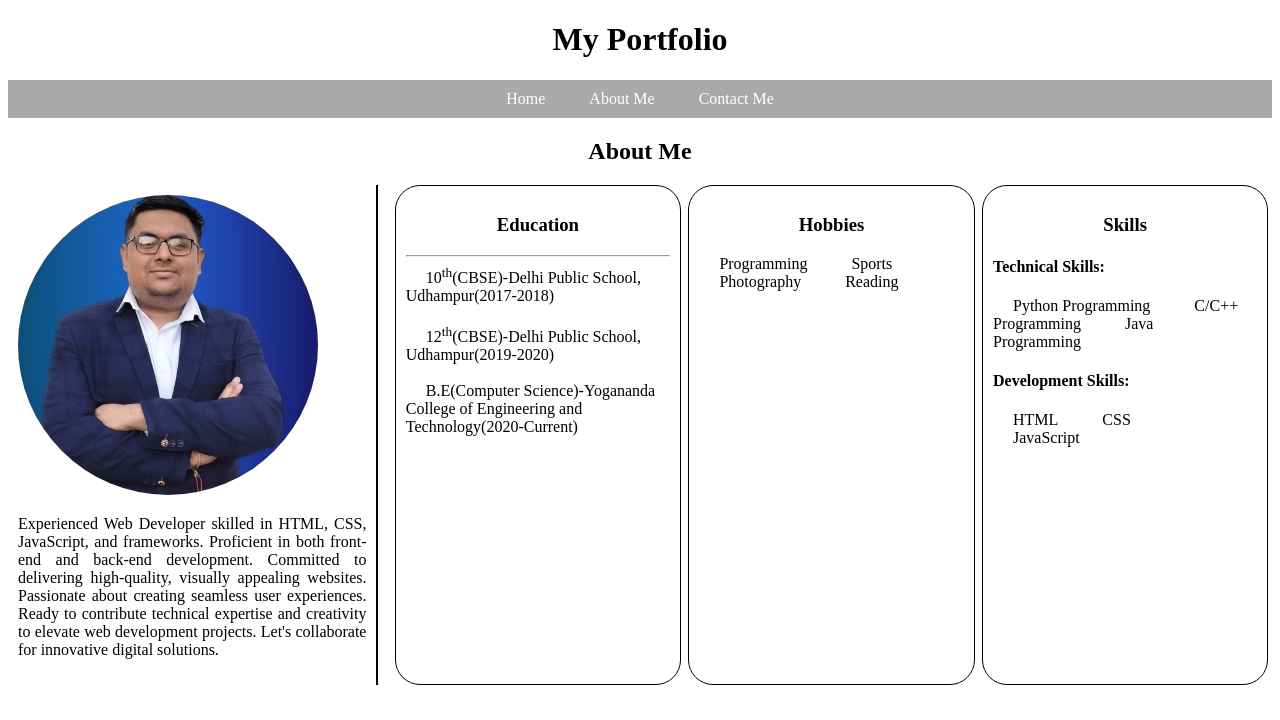
Repository: harshitanthal1/my_portfolio
Page: aboutme.html
The author's editor kept a copy of each file at every save. The page is drawn from the files as they stood at one save, then again after the next save.
The browser window is 1280 px wide. The pictures show the whole page.

Above is the page before, as saved 2024-02-04 10:21:30.

### aboutme.html
<!DOCTYPE html>
<html lang="en">
<head>
    <meta charset="UTF-8">
    <meta name="viewport" content="width=device-width, initial-scale=1.0">
    <title>My Portfolio</title>
    <link rel="stylesheet" href="styles/styles.css" />
</head>
<body>
    <header><h1>My Portfolio</h1></header>
    <nav>
        <li><a href="index.html" target="_blank">Home</a></li>
        <li><a href="aboutme.html" target="_blank" >About Me</a></li>
        <li><a href="contactme.html" target="_blank" >Contact Me</a></li>
    </nav>
    <h2>About Me</h2>
    <main>
    <div id="profile">
        <img src="images/my_pic.jpg" width="300px" alt="Avatar" />
        <p>
            Experienced Web Developer skilled in HTML, CSS, JavaScript, and frameworks. Proficient in both front-end and back-end development. Committed to delivering high-quality, visually appealing websites. Passionate about creating seamless user experiences. Ready to contribute technical expertise and creativity to elevate web development projects. Let's collaborate for innovative digital solutions.
        </p>
        </div>
    <div id="info">
        <div class="sub-box">
            <h3>Education</h3>
            <hr />
            <li>10<sup>th</sup>(CBSE)-Delhi Public School, Udhampur(2017-2018)</li>
            <br/>
            <br/>
            <li>12<sup>th</sup>(CBSE)-Delhi Public School, Udhampur(2019-2020)</li>
            <br />
            <br/>
            <li>B.E(Computer Science)-Yogananda College of Engineering and Technology(2020-Current)</li>
        </div>
        <div class="sub-box">
            <h3>Hobbies</h3>
            <li>Programming</li>
            <li>Sports</li>
            <li>Photography</li>
            <li>Reading</li>
        </div>
        <div class="sub-box">
            <h3>Skills</h3>
            <h4>Technical Skills:</h4>
            <li>Python Programming</li>
            <li>C/C++ Programming</li>
            <li>Java Programming</li>
            <h4>Development Skills:</h4>
            <li>HTML</li>
            <li>CSS</li>
            <li>JavaScript</li>
        </div>
    </div>
    </main>
</body>
</html>

### styles/styles.css
header {
    text-align: center;
}

nav {
    background-color: darkgrey;
    color: white;
    padding: 10px;
    text-align: center;
}

li {
    display: inline;
    margin-right: 20px;
    margin-left: 20px;
}

a {
    text-decoration: none;
    color: white;
}

main {
    display: flex;
    flex-direction: row;
}

#profile {
    width: 29%;
    margin-right: 1%;;
    padding: 10px;
    width: 350px;
    border-right: 2px solid black;
}

#info {
    display: flex;
    width: 70%;
    justify-content: space-around;
}

.sub-box {
    width: 30%;
    border: 1.5px solid black;
    border-radius: 25px;
    padding: 10px;
}

h3 {
    text-align: center;

}

p {
    text-align: justify;
}

img {
    border-radius: 50%;
}

h2 {
    text-align: center;
}

After the next save:
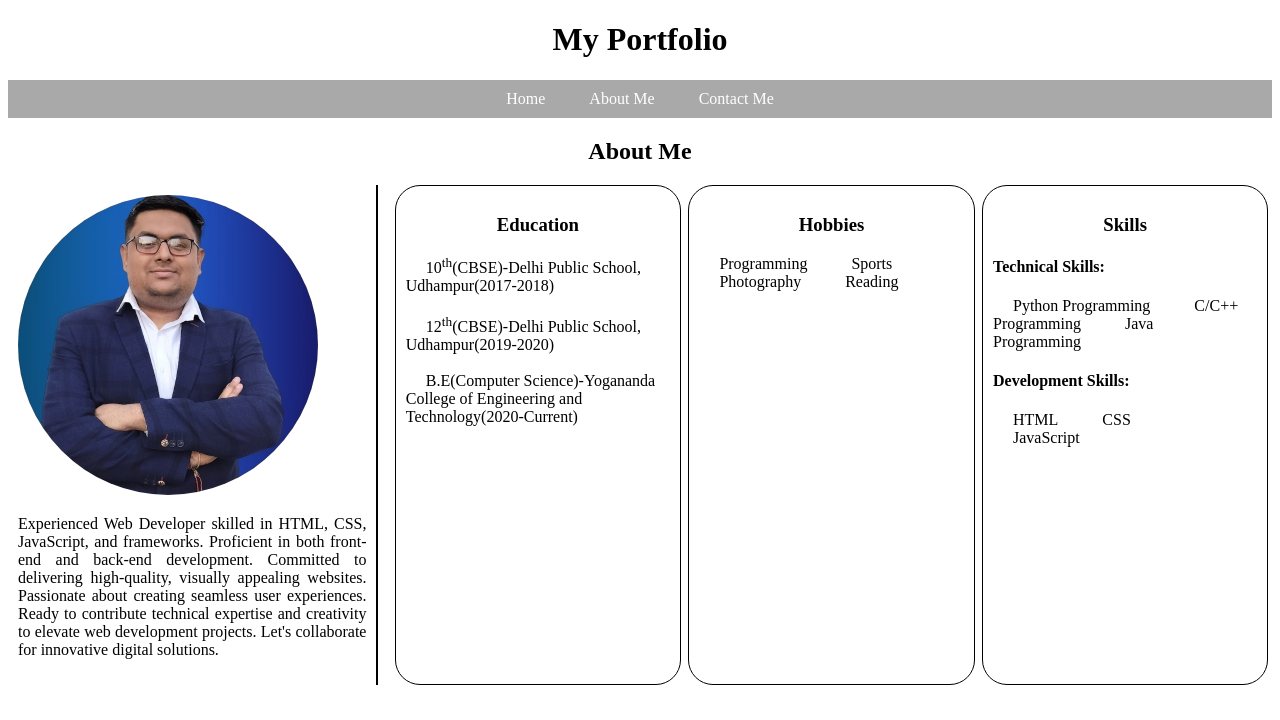
Saved 28 s later.
--- a/aboutme.html
+++ b/aboutme.html
@@ -24,7 +24,6 @@
     <div id="info">
         <div class="sub-box">
             <h3>Education</h3>
-            <hr />
             <li>10<sup>th</sup>(CBSE)-Delhi Public School, Udhampur(2017-2018)</li>
             <br/>
             <br/>
